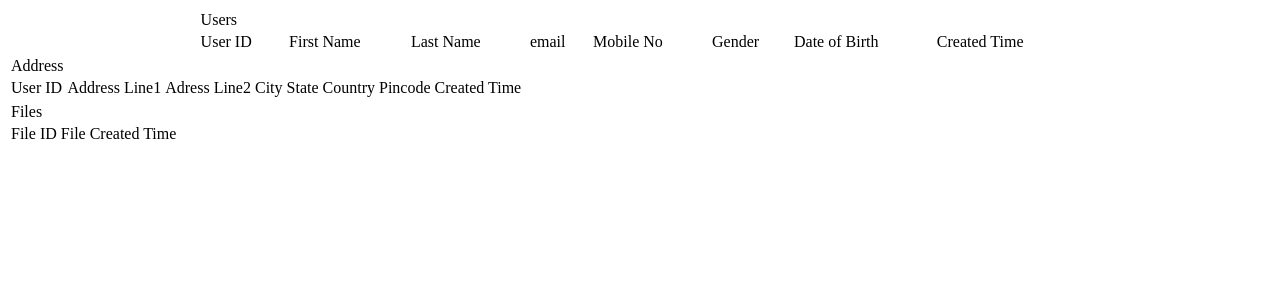
Repository: kewatraviraj/My_Work
Page: http://localhost/registration/save
The author's editor kept a copy of each file at every save. The page is drawn from the files as they stood at one save, then again after the next save.
The browser window is 1280 px wide. The pictures show the whole page.
The page is served by Tomcat 9. Other server files are loaded and not shown. Queries for data that is not in the repository find no rows.

Above is the page before, as saved 2018-08-30 12:37:39.

### Eclipsework/registration/src/main/webapp/display.jsp
<%@ taglib prefix="c" uri="http://java.sun.com/jsp/jstl/core"%>
<%@ taglib prefix="fn" uri="http://java.sun.com/jsp/jstl/functions"%>

<html>
<head>
<title>Insert title here</title>
</head>
<body>
	<table  align="center" width=70%>
		<tr><td>Users</td></tr>
		<tr>
			<td>User ID</td>
			<td>First Name</td>
			<td>Last Name</td>
			<td>email</td>
			<td>Mobile No</td>
			<td>Gender</td>
			<td>Date of Birth</td>
			<td>Created Time</td>
		</tr>
		<c:forEach items="${requestScope.users }" var="user">
			<tr>
				<td><c:out value="${user.user_id }"></c:out>
				<td><c:out value="${user.firstname }"></c:out>
				<td><c:out value="${user.lastname }"></c:out>
				<td><c:out value="${user.email }"></c:out>
				<td><c:out value="${user.mobile_no }"></c:out>
				<td><c:out value="${user.gender }"></c:out>
				<td><c:out value="${user.date_of_birth }"></c:out>
				<td><c:out value="${user.created_time }"></c:out>
			</tr>
		</c:forEach>
		</table>
		<table>
		<tr><td>Address</td></tr>
		<tr>
			<td>User ID</td>
			<td>Address Line1</td>
			<td>Adress Line2</td>
			<td>City</td>
			<td>State</td>
			<td>Country</td>
			<td>Pincode</td>
			<td>Created Time</td>
		</tr>
		<c:forEach items="${requestScope.address}" var="address">
			<tr>
				<td><c:out value="${address.user_id }"></c:out>
				<td><c:out value="${address.address_line1 }"></c:out>
				<td><c:out value="${address.address_line2 }"></c:out>
				<td><c:out value="${address.city }"></c:out>
				<td><c:out value="${address.state }"></c:out>
				<td><c:out value="${address.country }"></c:out>
				<td><c:out value="${address.pincode }"></c:out>
				<td><c:out value="${address.created_time }"></c:out>
			</tr>
		</c:forEach>
		</table>
		<table>
		<tr><td>Files</td></tr>
		<tr>
			<td>File ID</td>
			<td>File</td>
			<td>Created Time</td>
		</tr>
		<c:forEach items="${requestScope.files}" var="file">
			<tr>
				<td><c:out value="${file.file_id }"></c:out></td>
				<c:if test="${file.file_type == 'image' }">
					<td>Images</td>
					<td><c:out value="${file.file }"></c:out></td>
				</c:if>
				<td><c:out value="${file.created_time }"></c:out></td>
			</tr>
		</c:forEach>
	</table>
</body>
</html>

### Eclipsework/registration/src/main/java/com/basic/controller/ControllerRegister.java
package com.basic.controller;

import java.io.IOException;
import java.io.InputStream;
import java.sql.Blob;
import java.sql.SQLException;

import javax.servlet.RequestDispatcher;
import javax.servlet.ServletException;
import javax.servlet.annotation.MultipartConfig;
import javax.servlet.http.HttpServlet;
import javax.servlet.http.HttpServletRequest;
import javax.servlet.http.HttpServletResponse;

import com.basic.dao.Dao;
import com.basic.daoImpl.DaoImpl;
import com.basic.pojo.AddressPojo;
import com.basic.pojo.FilesPojo;
import com.basic.pojo.UserPojo;

/**
 * Servlet implementation class ControllerRegister
 */
@MultipartConfig(maxFileSize = 1024 * 1024 * 5)
public class ControllerRegister extends HttpServlet {
	private static final long serialVersionUID = 1L;
		UserPojo userpojo;
		AddressPojo addresspojo;
		FilesPojo filepojo;
		Dao service;
    /**
     * @see HttpServlet#HttpServlet()
     */
    public ControllerRegister() {
        // TODO Auto-generated constructor stub
    	userpojo = new UserPojo();
    	addresspojo = new AddressPojo();
    	filepojo = new FilesPojo();
        service = new DaoImpl();
    }

	/**
	 * @see HttpServlet#doGet(HttpServletRequest request, HttpServletResponse response)
	 */
	protected void doGet(HttpServletRequest request, HttpServletResponse response) throws ServletException, IOException {
		// TODO Auto-generated method stub
			try {
				request.setAttribute("users", service.getAllUser());
				RequestDispatcher redirect = request.getRequestDispatcher("/display.jsp");

				redirect.forward(request, response);
			} catch (ClassNotFoundException | SQLException e) {
				// TODO Auto-generated catch block
				e.printStackTrace();
			}
	}

	/**
	 * @see HttpServlet#doPost(HttpServletRequest request, HttpServletResponse response)
	 */
	protected void doPost(HttpServletRequest request, HttpServletResponse response) throws ServletException, IOException {
		// TODO Auto-generated method stub

		userpojo.setRole_id(Integer.parseInt(request.getParameter("role")));
		userpojo.setFirstname(request.getParameter("firstName"));
		userpojo.setLastname(request.getParameter("lastName"));
		userpojo.setEmail(request.getParameter("email"));
		userpojo.setMobile_no(Long.parseLong(request.getParameter("mobileNo")));
		userpojo.setPassword(request.getParameter("password"));
		userpojo.setGender(request.getParameter("gender"));
		userpojo.setDate_of_birth(request.getParameter("dateOfBirth"));

		addresspojo.setAddress_line1(request.getParameter("address_line1"));
		addresspojo.setAddress_line2(request.getParameter("address_line2"));
		addresspojo.setCity(request.getParameter("city"));
		addresspojo.setState(request.getParameter("state"));
		addresspojo.setCountry(request.getParameter("country"));
		addresspojo.setPincode(Integer.parseInt(request.getParameter("pincode")));

		InputStream input = request.getPart("file").getInputStream();
		filepojo.setFile_type(request.getParameter("file_type"));
		filepojo.setFile(input);


		try {
			if(service.insert(userpojo, null)) {
				service.save(addresspojo);
				service.savefile(filepojo);

				request.setAttribute("users", service.getAllUser());
				request.setAttribute("files", service.getFiles());
				request.setAttribute("address", service.getAddress());

				RequestDispatcher redirect = request.getRequestDispatcher("display.jsp");
				redirect.forward(request, response);
			}

		} catch (ClassNotFoundException | SQLException e) {
			// TODO Auto-generated catch block
			e.printStackTrace();
		}
	}

}

### Eclipsework/registration/src/main/java/com/basic/daoImpl/DaoImpl.java
/**
 *
 */
package com.basic.daoImpl;

import java.io.IOException;
import java.sql.PreparedStatement;
import java.sql.ResultSet;
import java.sql.SQLException;
import java.sql.Statement;
import java.util.ArrayList;
import java.util.List;

import com.basic.database.Database;
import com.basic.dao.Dao;
import com.basic.pojo.AddressPojo;
import com.basic.pojo.FilesPojo;
import com.basic.pojo.UserPojo;

/**
 * @author HP
 *
 */
public class DaoImpl implements Dao {
	PreparedStatement ps;

	public boolean save(AddressPojo Value2) throws ClassNotFoundException, SQLException, IOException {

//		Statement stat = Database.getConnection().createStatement();
//		ResultSet res = stat.executeQuery("select max(user_id) from user where user_id = last_insert_id()");
//		int id = 0;
//		while(res.next()) {
//			id = res.getInt(1);
//		}
//		res.close();
//		stat.close();

		ps = Database.getConnection().prepareStatement(
				"insert into address(user_id,address_line1,address_line2,city,state,country,pincode,created_time)"
						+ "values((select max(user_id) from user),?,?,?,?,?,?,Now())");
		ps.setString(1, Value2.getAddress_line1());
		ps.setString(2, Value2.getAddress_line2());
		ps.setString(3, Value2.getCity());
		ps.setString(4, Value2.getState());
		ps.setString(5, Value2.getCountry());
		ps.setInt(6, Value2.getPincode());

		int result = ps.executeUpdate();
		ps.close();
		Database.getConnection().close();
		return (result == 1 ? true : false);
	}

	public boolean savefile(FilesPojo fileValue) throws ClassNotFoundException, SQLException, IOException {
		ps = Database.getConnection().prepareStatement("insert into files(file_type,file,created_time) values(?,?,Now())");
		ps.setString(1, fileValue.getFile_type());
		ps.setBlob(2, fileValue.getFile());

		int result = ps.executeUpdate();
		ps.close();
		Database.getConnection().close();
		return (result == 1 ? true : false);
	}

	@Override
	public boolean insert(UserPojo Value1,AddressPojo Value2) throws ClassNotFoundException, SQLException, IOException {
		// TODO Auto-generated method stub
		//boolean result = false;

		ps = Database.getConnection().prepareStatement(
				"insert into user(role_id,firstname,lastname,email,mobile_no,password,gender,date_of_birth,created_time)"
						+ "values(?,?,?,?,?,?,?,?,Now())");
		ps.setInt(1, Value1.getRole_id());
		ps.setString(2, Value1.getFirstname());
		ps.setString(3, Value1.getLastname());
		ps.setString(4, Value1.getEmail());
		ps.setLong(5, Value1.getMobile_no());
		ps.setString(6, Value1.getPassword());
		ps.setString(7, Value1.getGender());
		ps.setString(8, Value1.getDate_of_birth());

		int result = ps.executeUpdate();
		/*if(ps.executeUpdate()==1) {
			result = save(Value2);
		}*/
		ps.close();
		Database.getConnection().close();
		return ( result == 1 ? true : false);
	}

	@Override
	public List<UserPojo> getAllUser() throws ClassNotFoundException, SQLException, IOException {
		// TODO Auto-generated method stub
		List<UserPojo> users = new ArrayList<UserPojo>();

		Statement stat = Database.getConnection().createStatement();
		ResultSet result = stat.executeQuery("select * from user");

		UserPojo user;
		while(result.next()) {
			user = new UserPojo();
			user.setUser_id(result.getInt(1));
			user.setRole_id(result.getInt(2));
			user.setFirstname(result.getString(3));
			user.setLastname(result.getString(4));
			user.setEmail(result.getString(5));
			user.setMobile_no(result.getLong(6));
			user.setPassword(result.getString(7));
			user.setGender(result.getString(8));
			user.setDate_of_birth(result.getString(9));
			user.setCreated_time(result.getString(10));
			user.setUpdate_by(result.getInt(11));
			user.setUpdate_time(result.getString(12));

			users.add(user);
		}
		result.close();
		stat.close();
		Database.getConnection().close();
		return users;
	}

	public List<AddressPojo> getAddress() throws ClassNotFoundException, SQLException, IOException{
		List<AddressPojo> allAddress = new ArrayList<AddressPojo>();

		Statement stat = Database.getConnection().createStatement();
		ResultSet result = stat.executeQuery("select * from address");

		AddressPojo address;
		while(result.next()) {
			address = new AddressPojo();
			address.setAddress_id(result.getInt(1));
			address.setUser_id(result.getInt(2));
			address.setAddress_line1(result.getString(3));
			address.setAddress_line2(result.getString(4));
			address.setCity(result.getString(5));
			address.setState(result.getString(6));
			address.setCountry(result.getString(7));
			address.setPincode(result.getInt(8));
			address.setCreated_time(result.getString(9));
			address.setUpdate_by(result.getInt(10));
			address.setUpdate_time(result.getString(11));

			allAddress.add(address);
		}
		result.close();
		stat.close();
		Database.getConnection().close();
		return allAddress;
	}

	@Override
	public List<FilesPojo> getFiles() throws ClassNotFoundException, SQLException, IOException {
		// TODO Auto-generated method stub
		List<FilesPojo> allfiles = new ArrayList<FilesPojo>();

		Statement stat = Database.getConnection().createStatement();
		ResultSet result = stat.executeQuery("select * from files");

		FilesPojo file;
		while(result.next()) {
			file = new FilesPojo();
			file.setFile_id(result.getInt(1));
			file.setFile_type(result.getString(2));
			file.setFile(result.getBinaryStream(3));
			file.setCreated_time(result.getString(4));
			file.setUpdate_by(result.getInt(5));
			file.setUpdate_time(result.getString(6));

			allfiles.add(file);
		}
		return allfiles;
	}

	@Override
	public boolean updateUser(UserPojo userValue)
			throws ClassNotFoundException, SQLException, IOException {
		// TODO Auto-generated method stub
		ps = Database.getConnection().prepareStatement("update user set firstname = ?, lastname = ?, email = ?, mobile_no = ?, password = ?, "
				+ "gender = ?, date_of_birth= ?, update_by = ?, update_time = Now() Where user_id = ");
		ps.setString(1, userValue.getFirstname());
		ps.setString(2, userValue.getLastname());
		ps.setString(3, userValue.getEmail());
		ps.setLong(4, userValue.getMobile_no());
		ps.setString(5, userValue.getPassword());
		ps.setString(6, userValue.getGender());
		ps.setString(7, userValue.getDate_of_birth());
		ps.setInt(8, userValue.getUpdate_by());

		int result = ps.executeUpdate();
		return ( result == 1 ? true : false);
	}

	@Override
	public boolean updateAddress(AddressPojo Value2)
			throws ClassNotFoundException, SQLException, IOException {
		// TODO Auto-generated method stub
		ps = Database.getConnection().prepareStatement("update address set address_line1 = , address_line2 = ?,"
				     + " city = ?, state = ?, country = ?, pincode = ?, update_by = ?, updae_time = Now() where address_id = ?");

		ps.setString(1, Value2.getAddress_line1());
		ps.setString(2, Value2.getAddress_line2());
		ps.setString(3, Value2.getCity());
		ps.setString(4, Value2.getState());
		ps.setString(5, Value2.getCountry());
		ps.setInt(6, Value2.getPincode());
		ps.setInt(7, Value2.getUpdate_by());

		int result = ps.executeUpdate();
		ps.close();
		return (result == 1 ? true : false);
	}

	@Override
	public boolean updateFile(FilesPojo file) throws ClassNotFoundException, SQLException, IOException {
		// TODO Auto-generated method stub
		return false;
	}

	@Override
	public boolean del(int id) throws ClassNotFoundException, SQLException, IOException {
		// TODO Auto-generated method stub
		Statement stat = Database.getConnection().createStatement();
		int result = stat.executeUpdate("delete from user where user_id="+id);

		stat.close();
		Database.getConnection().close();
		return (result == 1 ? true : false);
	}


}

### Eclipsework/registration/src/main/java/com/basic/database/Database.java
/**
 *
 */
package com.basic.database;

import java.io.IOException;
import java.io.InputStream;
import java.sql.*;
import java.util.Properties;


/**
 * @author HP
 *
 */
public class Database {

	public static Connection getConnection() throws ClassNotFoundException, SQLException, IOException {

		 Properties prop=new Properties();
	     InputStream input = Database.class.getClassLoader().getResourceAsStream("dbConnection.properties");
	     prop.load(input);
	     input.close();

		Class.forName( prop.getProperty("driverClassName") );
		Connection connection = DriverManager.getConnection( prop.getProperty("url"), prop.getProperty("username"), prop.getProperty("password"));
		return connection;
	}
}

After the next save:
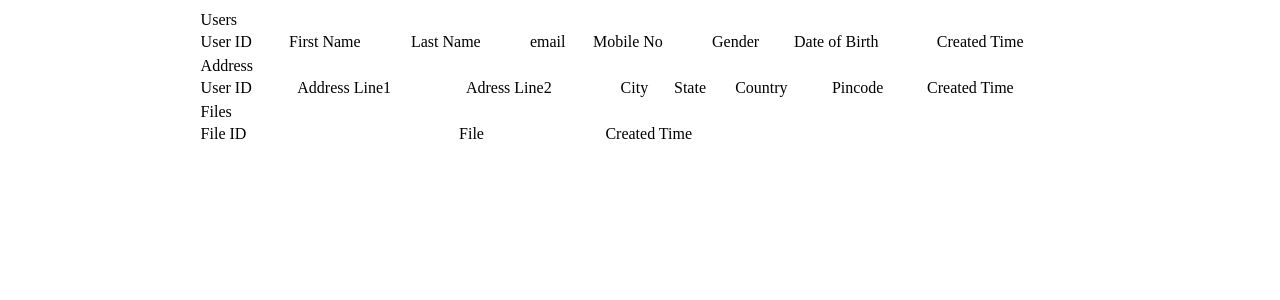
Saved 12 s later.
--- a/Eclipsework/registration/src/main/webapp/display.jsp
+++ b/Eclipsework/registration/src/main/webapp/display.jsp
@@ -31,7 +31,7 @@
 			</tr>
 		</c:forEach>
 		</table>
-		<table>
+		<table align="center" width=70%>
 		<tr><td>Address</td></tr>
 		<tr>
 			<td>User ID</td>
@@ -56,7 +56,7 @@
 			</tr>
 		</c:forEach>
 		</table>
-		<table>
+		<table align="center" width=70%>
 		<tr><td>Files</td></tr>
 		<tr>
 			<td>File ID</td>
